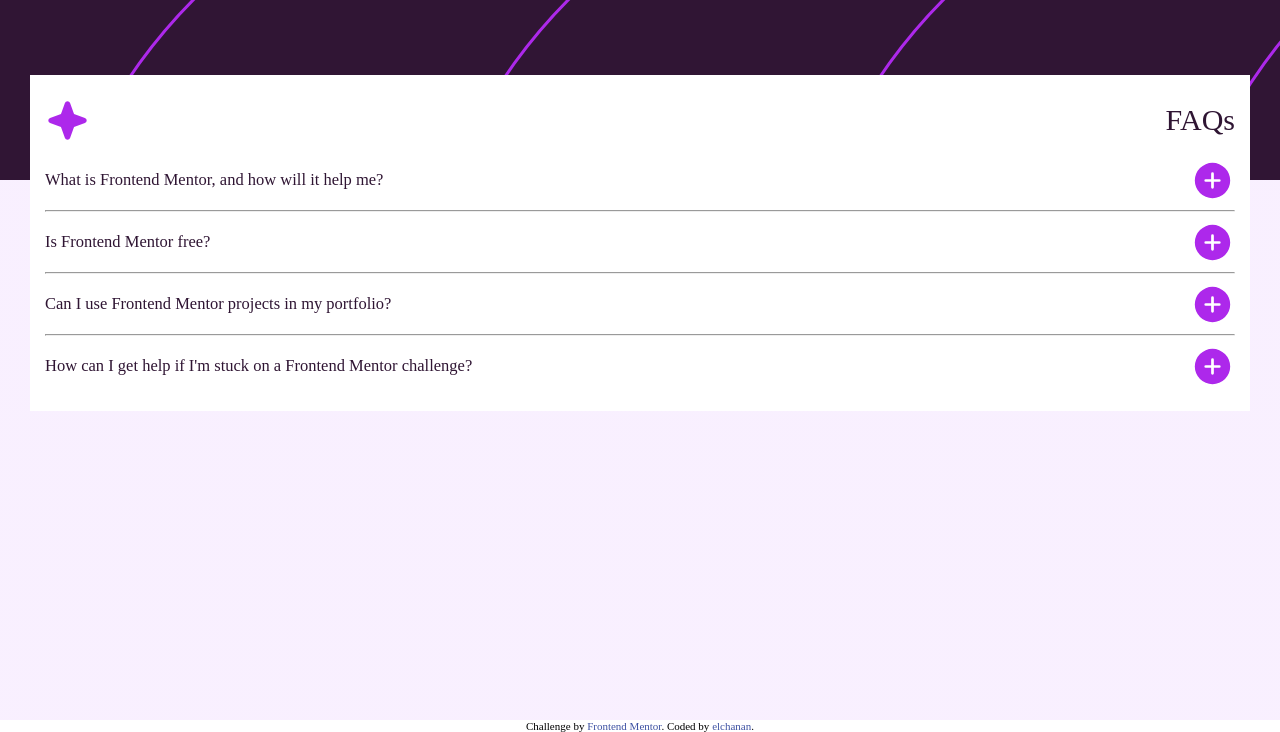
Repository: elchananChen/frontend-mentor-projects
Page: 2024/10/faQs/index.html
The author's editor kept a copy of each file at every save. The page is drawn from the files as they stood at one save, then again after the next save.
The browser window is 1280 px wide. The pictures show the whole page.

Above is the page before, as saved 2024-10-13 17:03:35.

### 2024/10/faQs/index.html
<!DOCTYPE html>
<html lang="en">
  <head>
    <meta charset="UTF-8" />
    <meta name="viewport" content="width=device-width, initial-scale=1.0" />

    <link
      rel="icon"
      type="image/png"
      sizes="32x32"
      href="./assets/images/favicon-32x32.png"
    />

    <title>Frontend Mentor | FAQ accordion</title>

    <style>
      .attribution {
        font-size: 11px;
        text-align: center;
      }
      .attribution a {
        color: hsl(228, 45%, 44%);
      }
    </style>
    <link rel="stylesheet" href="./style.css" />
  </head>
  <body>
    <article>
      <div class="card">
        <header>
          <div class="flex q-wrapper">
            <div class="star-wrapper">
              <img src="./assets/images/icon-star.svg" alt="icon-star" />
            </div>
            <h1>FAQs</h1>
          </div>
        </header>
        <main>
          <div class="flex q-wrapper">
            <h3>What is Frontend Mentor, and how will it help me?</h3>
            <div class="plus-wrapper">
              <img src="./assets/images/icon-plus.svg" alt="plus-sign" />
            </div>
          </div>
          <p class="hidden">
            Frontend Mentor offers realistic coding challenges to help
            developers improve their frontend coding skills with projects in
            HTML, CSS, and JavaScript. It's suitable for all levels and ideal
            for portfolio building.
          </p>
          <hr />
          <div class="flex q-wrapper">
            <h3>Is Frontend Mentor free?</h3>
            <div class="plus-wrapper">
              <img src="./assets/images/icon-plus.svg" alt="plus-sign" />
            </div>
          </div>
          <p class="hidden">
            Yes, Frontend Mentor offers both free and premium coding challenges,
            with the free option providing access to a range of projects
            suitable for all skill levels.
          </p>
          <hr />
          <div class="flex q-wrapper">
            <h3>Can I use Frontend Mentor projects in my portfolio?</h3>
            <div class="plus-wrapper">
              <img src="./assets/images/icon-plus.svg" alt="plus-sign" />
            </div>
          </div>
          <p class="hidden">
            Yes, you can use projects completed on Frontend Mentor in your
            portfolio. It's an excellent way to showcase your skills to
            potential employers!
          </p>
          <hr />
          <div class="flex q-wrapper">
            <h3>
              How can I get help if I'm stuck on a Frontend Mentor challenge?
            </h3>
            <div class="plus-wrapper">
              <img src="./assets/images/icon-plus.svg" alt="plus-sign" />
            </div>
          </div>
          <p class="hidden">
            The best place to get help is inside Frontend Mentor's Discord
            community. There's a help channel where you can ask questions and
            seek support from other community members.
          </p>
        </main>
      </div>
    </article>
    <div class="attribution">
      Challenge by
      <a href="https://www.frontendmentor.io?ref=challenge" target="_blank"
        >Frontend Mentor</a
      >. Coded by <a href="#">elchanan</a>.
    </div>
  </body>
</html>

### 2024/10/faQs/style.css
@import url("./css/reset.css");
@import url("./css/varieble.css");
@import url("./css/fonts.css");
@import url("./css/utilities.css");

article {
  min-height: 100vh;
  width: 100%;
  padding: 2rem;
  padding-block: 5rem;
  background: linear-gradient(180deg, transparent 25%, hsl(275, 100%, 97%) 25%),
    url("./assets/images/background-pattern-mobile.svg");
}
.card {
  background-color: var(--color-White);
  padding: 1rem;
}
header {
}
h1 {
  font-size: 2rem;
  color: var(--color-Dark-purple);
}
h3 {
  font-size: 1.1rem;
  color: var(--color-Dark-purple);
}
.q-wrapper {
  gap: 3rem;
  padding-block: 0.5rem;

  align-items: center;
  justify-content: space-between;
}
.star-wrapper {
  /* position: relative; */
  width: 3rem;
  height: 3rem;
}
.plus-wrapper {
  width: 3rem;
  height: 3rem;
}
img {
  width: 100%;
  height: 100%;
}

### 2024/10/faQs/css/reset.css
* {
  box-sizing: border-box;
  margin: 0;
  padding: 0;
}
html {
  font-family: "overpass-Regular";
}
html,
body {
  min-height: 100vh;
  width: 100%;
  font-size: 15px;
}

img {
  display: block;
  max-width: 100%;
}
h1,
h2,
h3,
h4,
h5,
h6 {
  font-size: 1rem;
  font-weight: normal;
}
button {
  border: 0px;
}

ul,
ol {
  padding-left: 0.5rem;
}
a {
  text-decoration: none;
  color: inherit;
}

### 2024/10/faQs/css/varieble.css
:root {
  --color-White: hsl(0, 0%, 100%);
  --color-Light-pink: hsl(275, 100%, 97%);
  --color-Grayish-purple: hsl(292, 16%, 49%);
  --color-Dark-purple: hsl(292, 42%, 14%);
}

### 2024/10/faQs/css/utilities.css
.flex {
  display: flex;
}
.hidden {
  display: none;
}

Loaded but not shown: 2024/10/faQs/css/fonts.css (no copy from this time; the picture is the same without it)

After the next save:
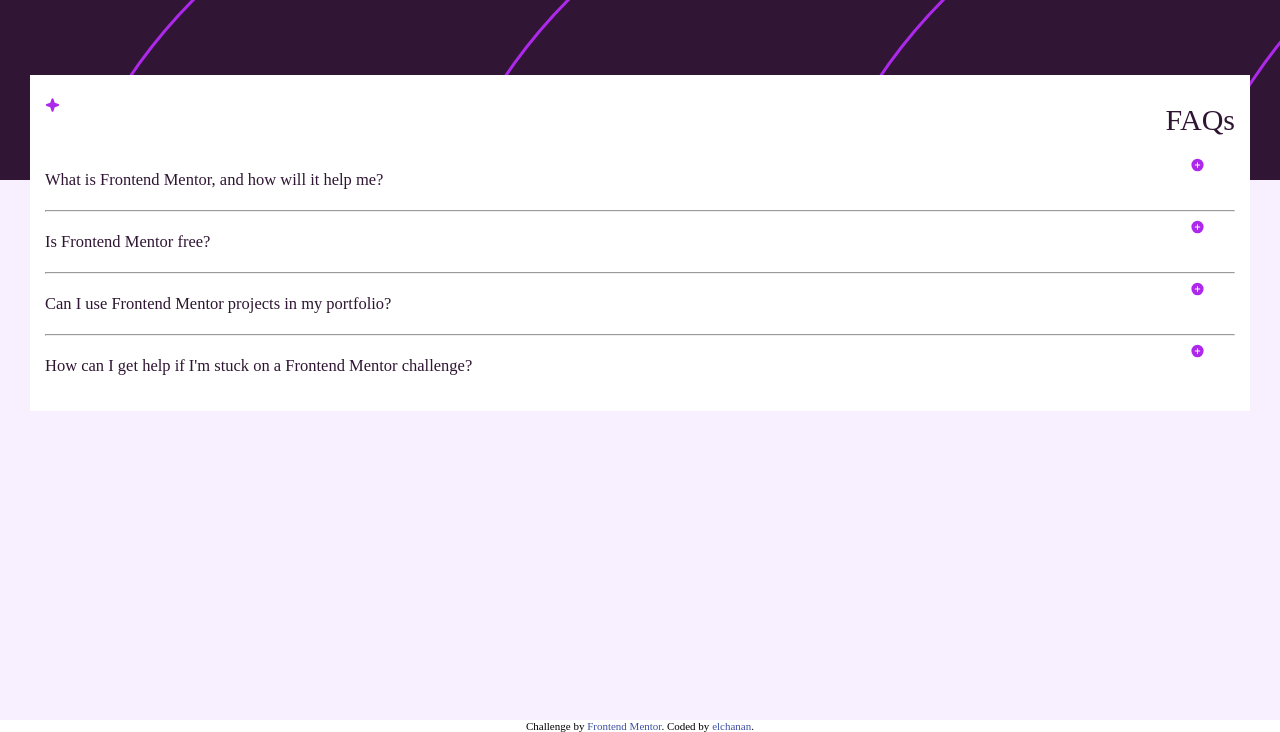
Saved 9 min 34 s later.
--- a/2024/10/faQs/style.css
+++ b/2024/10/faQs/style.css
@@ -42,6 +42,7 @@
   height: 3rem;
 }
 img {
-  width: 100%;
-  height: 100%;
+  width: 1rem;
+  height: 1rem;
+  object-fit: cover;
 }

After the save that followed:
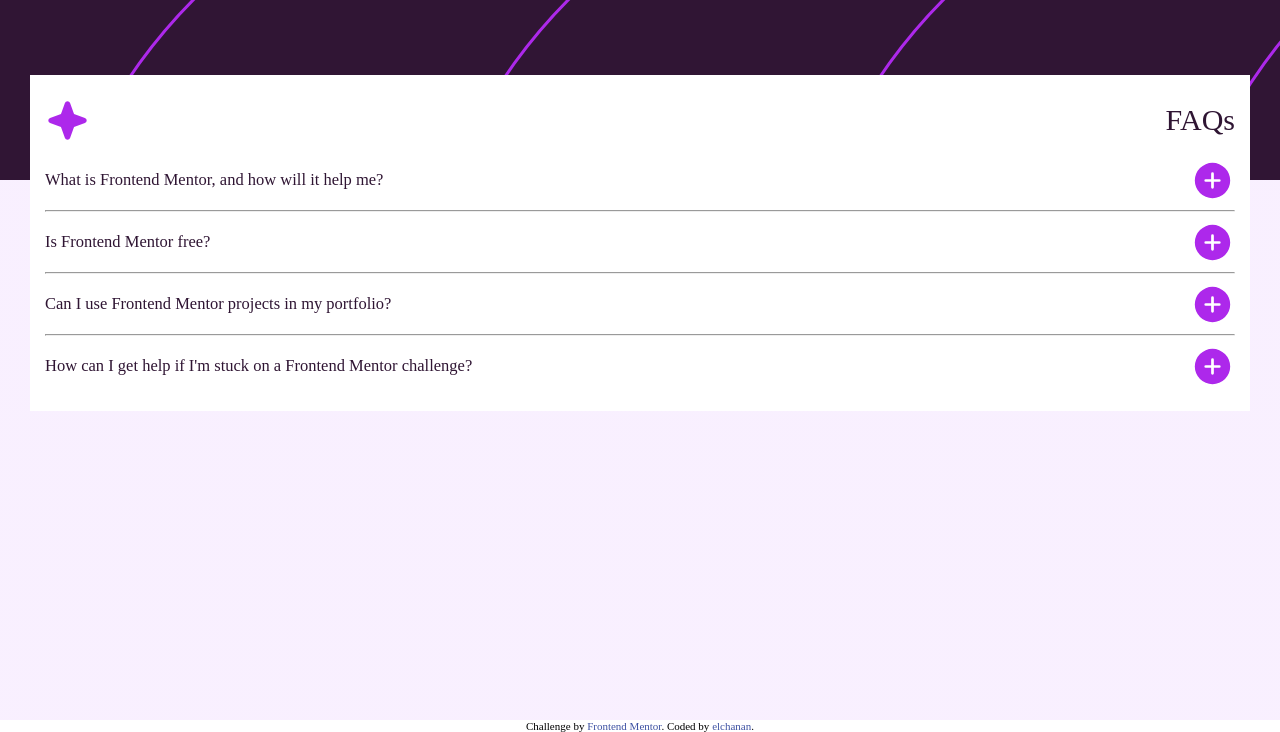
Saved 83 s later.
--- a/2024/10/faQs/style.css
+++ b/2024/10/faQs/style.css
@@ -42,7 +42,6 @@
   height: 3rem;
 }
 img {
-  width: 1rem;
-  height: 1rem;
-  object-fit: cover;
+  width: 100%;
+  height: 100%;
 }
